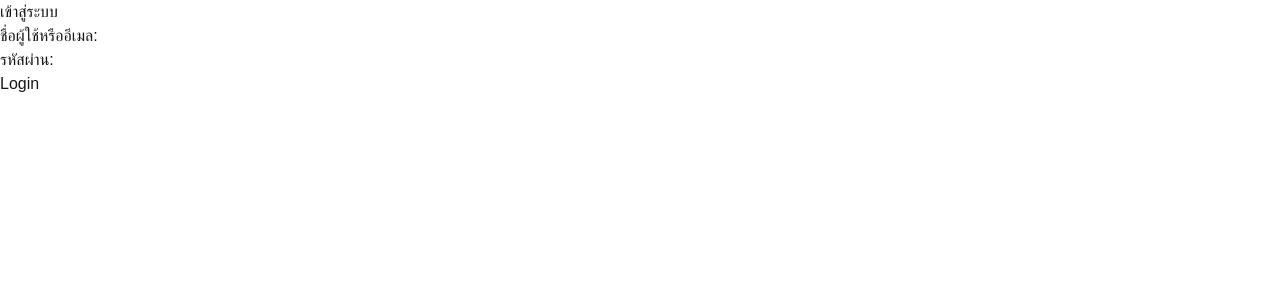
Repository: narawit101/project
Page: /login (app in frontend/)
The author's editor kept a copy of each file at every save. The page is drawn from the files as they stood at one save, then again after the next save.
The browser window is 1280 px wide. The pictures show the whole page.
The project was rebuilt for these pictures with package versions that can differ from the ones it lists, and the page was loaded fresh each time. The framework's server and built-in components were replaced by stand-ins that run in the browser. Also part of the build but not shown: frontend/next.config.mjs.

Above is the page before, as saved 2025-01-21 16:31:03.

### frontend/src/app/login/page.jsx
import React from 'react'
import Login from '../components/Login'

export default function page() {
  return (
    <Login></Login>
  )
}

### frontend/src/app/components/Login.jsx
"use client";
import { useRouter } from "next/navigation";
import React, { useState } from "react";

export default function Login() {
  const [formData, setFormData] = useState({
    identifier: "", // รองรับทั้ง username และ email
    password: "", // รหัสผ่าน
  });

  const [message, setMessage] = useState(""); // ข้อความแจ้งเตือน
  const router = useRouter();

  const handleChange = (e) => {
    const { name, value } = e.target; // ดึงชื่อฟิลด์และค่าจาก input
    setFormData({ ...formData, [name]: value }); // อัปเดตข้อมูลใน state
  };

  const handleSubmit = async (e) => {
    e.preventDefault(); // ป้องกันการ refresh หน้าเว็บ

    try {
      const response = await fetch("http://localhost:5000/login", {
        method: "POST", // ใช้ HTTP POST สำหรับส่งข้อมูล
        headers: {
          "Content-Type": "application/json", // ระบุว่าเราส่งข้อมูลแบบ JSON
        },
        body: JSON.stringify(formData), // ส่งข้อมูล formData ไปยังเซิร์ฟเวอร์
      });

      if (!response.ok) {
        const errorData = await response.json(); // รับข้อมูลข้อผิดพลาดจากเซิร์ฟเวอร์
        setMessage(errorData.message || "เกิดข้อผิดพลาด"); // แสดงข้อความข้อผิดพลาด
        return;
      }

      const data = await response.json(); // รับข้อมูลจากเซิร์ฟเวอร์
      setMessage(`ยินดีต้อนรับ, ${data.user.first_name}`); // แสดงข้อความต้อนรับ
      router.push("./landing");
      console.log("User data:", data); // แสดงข้อมูลผู้ใช้ใน console
    } catch (error) {
      console.error("Error:", error); // แสดงข้อผิดพลาดใน console
      setMessage("เกิดข้อผิดพลาดระหว่างเข้าสู่ระบบ"); // แสดงข้อความข้อผิดพลาดทั่วไป
    }
  };

  return (
    <div>
      <h2>เข้าสู่ระบบ</h2>
      {message && <p>{message}</p>} {/* แสดงข้อความแจ้งเตือน */}
      <form onSubmit={handleSubmit}>
        <div>
          <label htmlFor="identifier">ชื่อผู้ใช้หรืออีเมล:</label>
          <input
            type="text"
            id="identifier"
            name="identifier"
            value={formData.identifier}
            onChange={handleChange}
          />
        </div>
        <div>
          <label htmlFor="password">รหัสผ่าน:</label>
          <input
            type="password"
            id="password"
            name="password"
            value={formData.password}
            onChange={handleChange}
          />
        </div>
        <button type="submit">Login</button>
      </form>
    </div>
  );
}

Loaded but not shown: frontend/src/app/layout.jsx (common file); frontend/src/app/globals.css (common file); frontend/tailwind.config.mjs (common file)

After the next save:
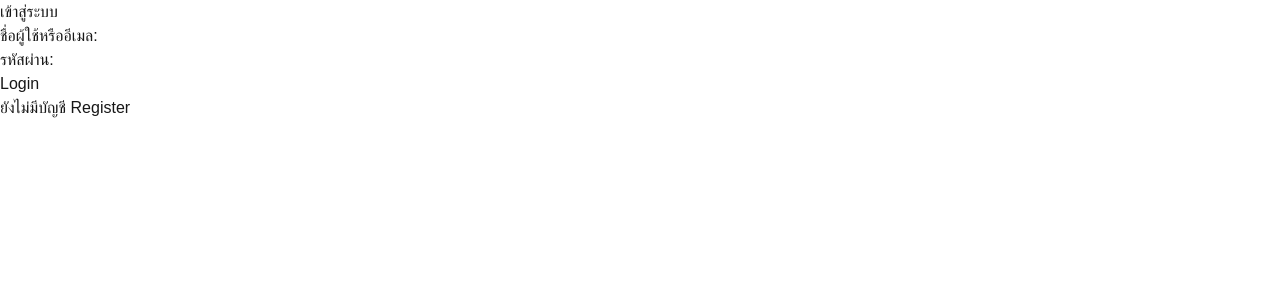
Saved 48 s later.
--- a/frontend/src/app/login/page.jsx
+++ b/frontend/src/app/login/page.jsx
@@ -3,6 +3,11 @@ import Login from '../components/Login'
 
 export default function page() {
   return (
+    <>
     <Login></Login>
+    <div>
+        <a href="/login">ยังไม่มีบัญชี Register</a>
+      </div>
+    </>
   )
 }
